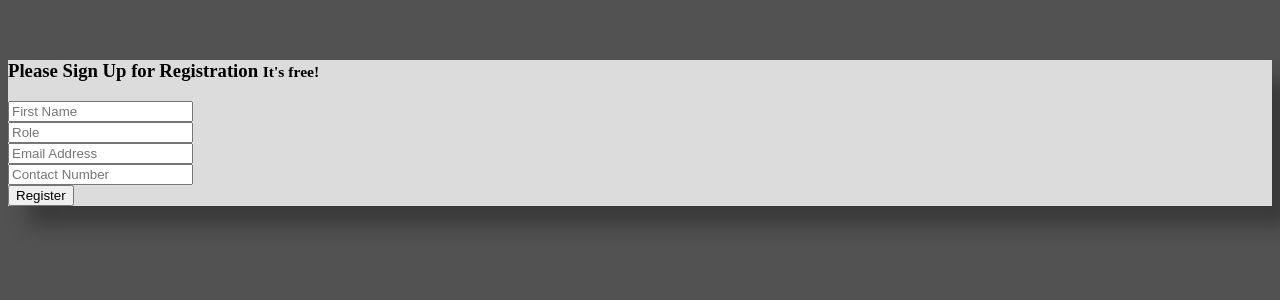
Repository: Abinayasivapraba/ChatProject
Page: FireChat/WebContent/User/Register.html
These files come from the project's save history. The page is drawn as it stood at one moment and after the next save; the edit follows.
The browser window is 1280 px wide. The pictures show the whole page.

Above is the page before, as saved 2017-08-13 05:40:45.

After the next save:
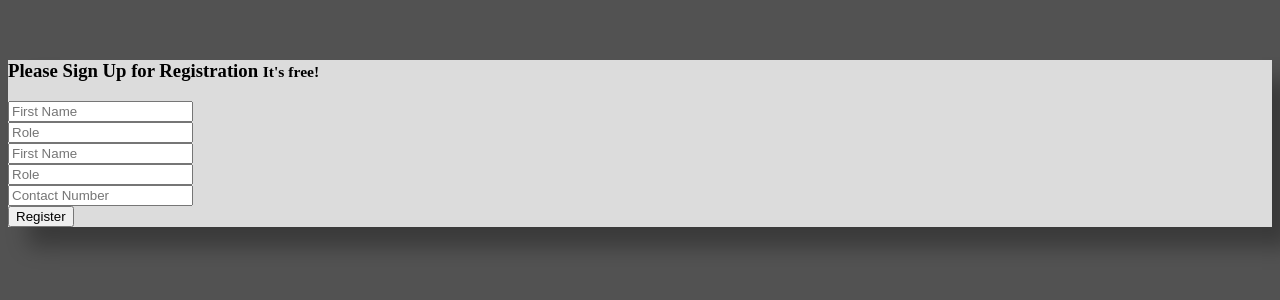
Saved 6 min 3 s later.
--- a/FireChat/WebContent/User/Register.html
+++ b/FireChat/WebContent/User/Register.html
@@ -42,10 +42,18 @@ body{
 			    				</div>
 			    			</div>
 
-			    			<div class="form-group">
-			    				<input type="email" name="email" id="email" class="form-control input-sm" ng-model="email" placeholder="Email Address">
+			    			<div class="row">
+			    				<div class="col-xs-6 col-sm-6 col-md-6">
+			    					<div class="form-group">
+			                <input type="text" name="first_name" id="username" class="form-control input-sm" ng-model="username" placeholder="First Name">
+			    					</div>
+			    				</div>
+			    				<div class="col-xs-6 col-sm-6 col-md-6">
+			    					<div class="form-group">
+			    						<input type="text" name="role" id="role" class="form-control input-sm" ng-model="role" placeholder="Role">
+			    					</div>
+			    				</div>
 			    			</div>
-
 			    			<div class="form-group">
 			    				<input type="text" name="contact" id="contact" class="form-control input-sm" ng-model="contact" placeholder="Contact Number">
 			    			</div>
